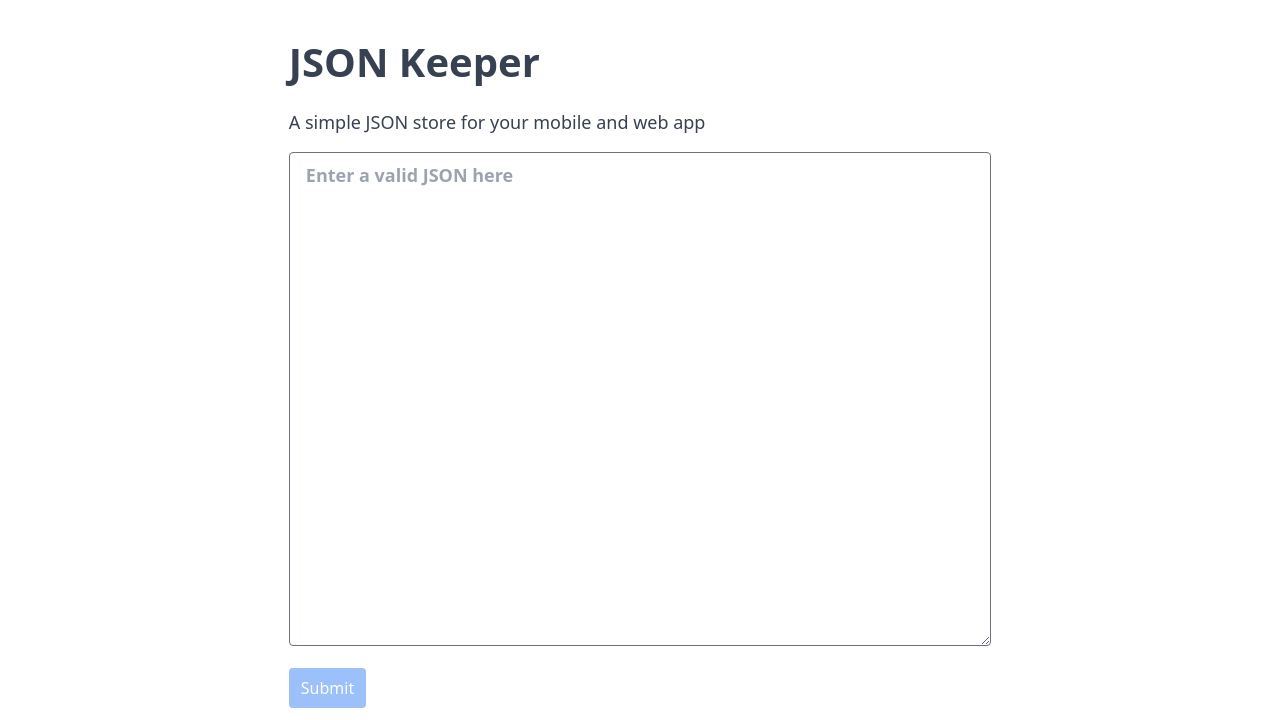
Repository: lakshithapramodya/jsonhub
Page: / (app in client/)
An editor plug-in stored every save of this project. The page is shown before and after a run of saves, followed by the edit.
The browser window is 1280 px wide. The pictures show the whole page.
The page's requests for data from a server got no answer. The project was rebuilt for these pictures with package versions that can differ from the ones it lists, and the page was loaded fresh each time. No one was signed in, and anything a server would have sent is missing. Also part of the build but not shown: client/src/HandleJsonData.js.

Above is the page before, as saved 2023-05-10 12:36:41.

### client/src/index.js
import React from "react";
import ReactDOM from "react-dom/client";
import "./index.css";
import App from "./App";
import { BrowserRouter, Route, Routes } from "react-router-dom";
import HandleJsonData from "./HandleJsonData";

const root = ReactDOM.createRoot(document.getElementById("root"));
root.render(
  <React.StrictMode>
    <BrowserRouter>
      <Routes>
        <Route path="/" element={<App />} />
        <Route path=":url" element={<HandleJsonData />} />
      </Routes>
    </BrowserRouter>
  </React.StrictMode>
);

### client/src/App.js
import { useState } from "react";
import { SERVER_ENDPOINT } from "./config/Default";
import axios from "axios";

function App() {
  const [input, setInput] = useState([]);
  const [url, setUrl] = useState("");

  const sendRequest = async () => {
    const res = await axios
      .post(`${SERVER_ENDPOINT}/api/json`, {
        text: input,
      })
      .then()
      .catch((err) => console.log(err));
    const data = res.data;
    return data;
  };

  const handleSubmit = (e) => {
    e.preventDefault();
    sendRequest().then((res) => {
      console.log(res.url);
      res && setInput([]);
      setUrl(res.url);
    });
  };

  function isJsonString(str) {
    try {
      JSON.parse(str);
    } catch (e) {
      return false;
    }
    return true;
  }

  return (
    <div className="min-w-full min-h-screen flex flex-col">
      {url && (
        <a href={`${SERVER_ENDPOINT}/${url}`}>{`${SERVER_ENDPOINT}/${url}`}</a>
      )}
      <div className="flex flex-col mx-auto mt-8 w-full sm:w-[80%] md:w-[70%] lg:w-[58%] items-center justify-center">
        <form onSubmit={handleSubmit} className="w-full space-y-4 px-5">
          <h1 className="text-[2.5rem] font-semibold text-gray-700">
            JSON Keeper
          </h1>
          <p className="text-gray-700 text-lg">
            A simple JSON store for your mobile and web app
          </p>
          <textarea
            placeholder="Enter a valid JSON here"
            onChange={(e) => setInput(e.target.value)}
            value={input}
            rows={17}
            className={`border border-gray-500 w-full rounded p-2 px-4 text-lg font-semibold focus:outline-none`}
          />
          <button
            className="bg-blue-500 p-2 px-3 rounded text-white disabled:opacity-50"
            disabled={!isJsonString(input)}
            type="submit"
          >
            Submit
          </button>
        </form>
      </div>
    </div>
  );
}

export default App;

### client/src/config/Default.js
export const SERVER_ENDPOINT =
  process.env.REACT_APP_SERVER_ENDPOINT || "http://localhost:5000";

Loaded but not shown: client/public/index.html (common file); client/src/index.css (common file); client/tailwind.config.js (common file)

After the next 2 saves:
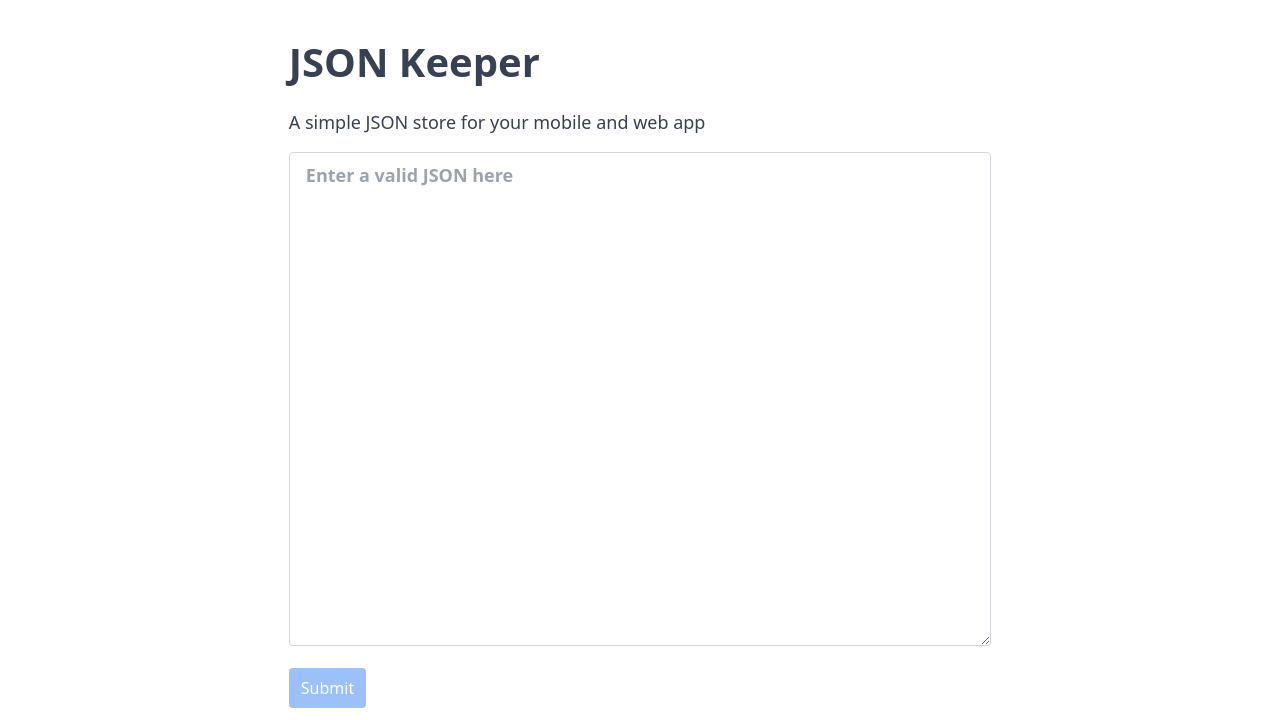
The 2 saves are shown as one change because they came seconds apart.
The last was saved 12 s later.
--- a/client/src/App.js
+++ b/client/src/App.js
@@ -53,7 +53,7 @@ function App() {
             onChange={(e) => setInput(e.target.value)}
             value={input}
             rows={17}
-            className={`border border-gray-500 w-full rounded p-2 px-4 text-lg font-semibold focus:outline-none`}
+            className={`border border-gray-300 w-full rounded p-2 px-4 text-lg font-semibold focus:outline-none`}
           />
           <button
             className="bg-blue-500 p-2 px-3 rounded text-white disabled:opacity-50"
